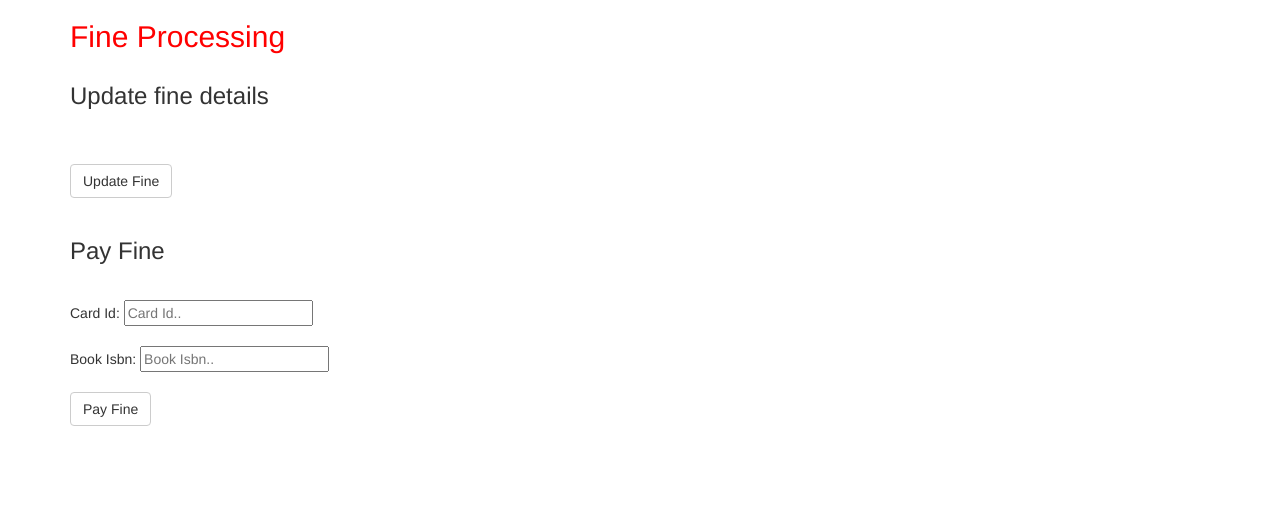
Repository: ApurvaMithal/LibraryManagementSystem
Page: http://localhost/LibraryManagementSystem/Fines.jsp
An editor plug-in stored every save of this project. The page is shown before and after the next save, followed by the edit.
The browser window is 1280 px wide. The pictures show the whole page.
Some web fonts or font styles are not loaded; a fallback is used. The page is served by Tomcat 9. Nobody is signed in. The application's start-up code is not run.

Above is the page before, as saved 2018-02-28 08:16:37.

After the next save:
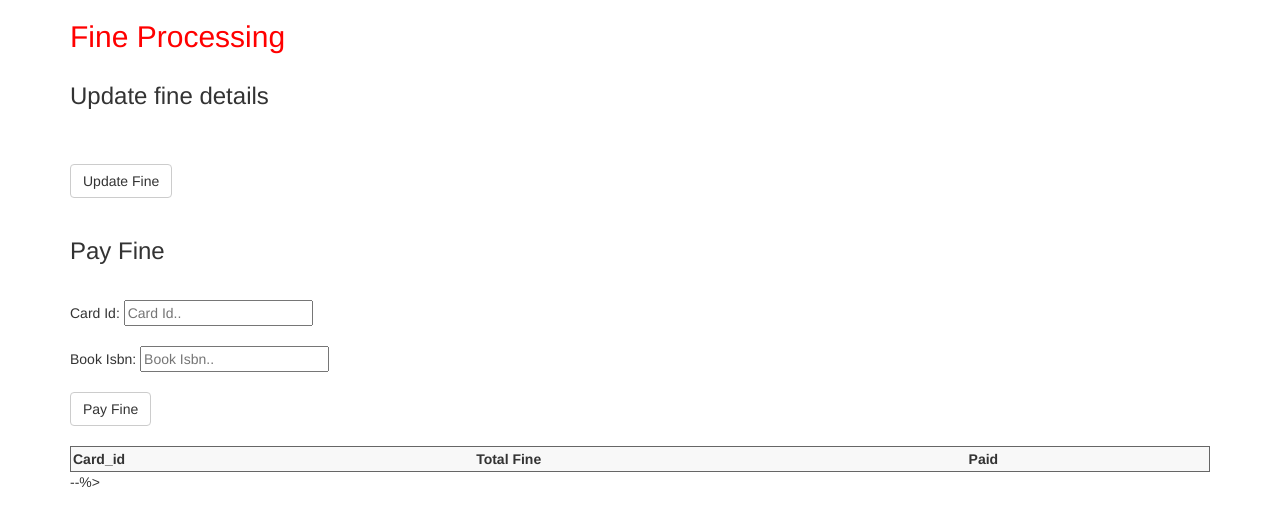
Saved 2 min 15 s later.
--- a/eclipse/LibraryManagementSystem/WebContent/Fines.jsp
+++ b/eclipse/LibraryManagementSystem/WebContent/Fines.jsp
@@ -11,7 +11,7 @@
         <script src="js/jquery.min.js"></script>
         <script src="js/bootstrap.min.js"></script>
 
-	<%--	<style>
+		<style>
             table {
                 border: 1px solid #666;
                 width: 100%;
@@ -23,7 +23,7 @@
                 padding: 2px;
             }
         </style>
-         --%>
+
         <script>
             jQuery(window).ready(function() {
 
@@ -123,28 +123,13 @@
             </div>
 			</br>
             <button type="Submit" class="btn btn-default" id="finePaymentBtn">Pay Fine</button>
+			</br></br>
 
-
-
-       <%--     <h2>
-                <font color="red">Checking In of the Book</font>
-            </h2>
-            <div class="checkIn">
-                <label for="checkIn"><h3>Enter details for Book CheckIn</h3></label></br></br>
-                Card Id:    <input type="text" id="cardIdCI" placeholder="Card Id.." name="cardId"></br></br>
-                Book Isbn:  <input type="text" id="isbnCI" placeholder="Book Isbn.." name="bookIsbn"></br></br>
-                Name:  <input type="text" id="nameCI" placeholder="Book Isbn.." name="bookIsbn"></br>
-            </div>
-			</br>
-            <button type="submit" class="btn btn-default" id="checkInButton">Check In</button> </br></br>
-
-            <table id="bookLoans">
+            <table id="fineDetails">
             <tr>
-                <th>Loan_id</th>
-                <th>Isbn</th>
                 <th>Card_id</th>
-                <th>Date_Out</th>
-                <th>Date_due</th>
+                <th>Total Fine</th>
+                <th>Paid</th>
             </tr>
 
          </table>
